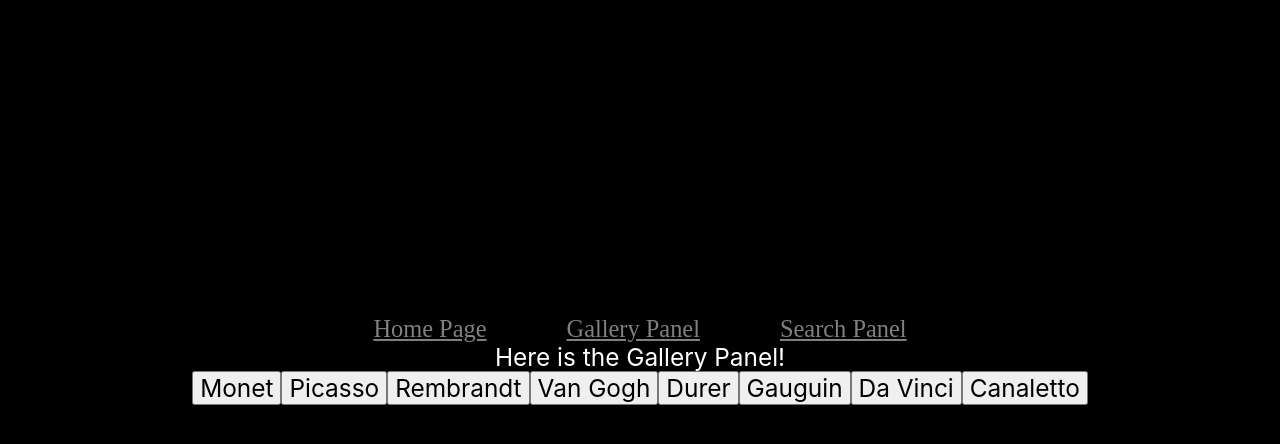
Repository: ZhengyuLi0929/ArtMuseum_ArtIC
Page: /gallery
These files come from the project's save history. The page is drawn as it stood at one moment and after the next save; the edit follows.
The browser window is 1280 px wide. The pictures show the whole page.
The page's requests for data from a server got no answer. The project was rebuilt for these pictures with package versions that can differ from the ones it lists, and the page was loaded fresh each time. No one was signed in, and anything a server would have sent is missing. Also part of the build but not shown: src/home.tsx, src/list.tsx, src/details.tsx.

Above is the page before, as saved 2023-01-11 07:54:27.

After the next save:
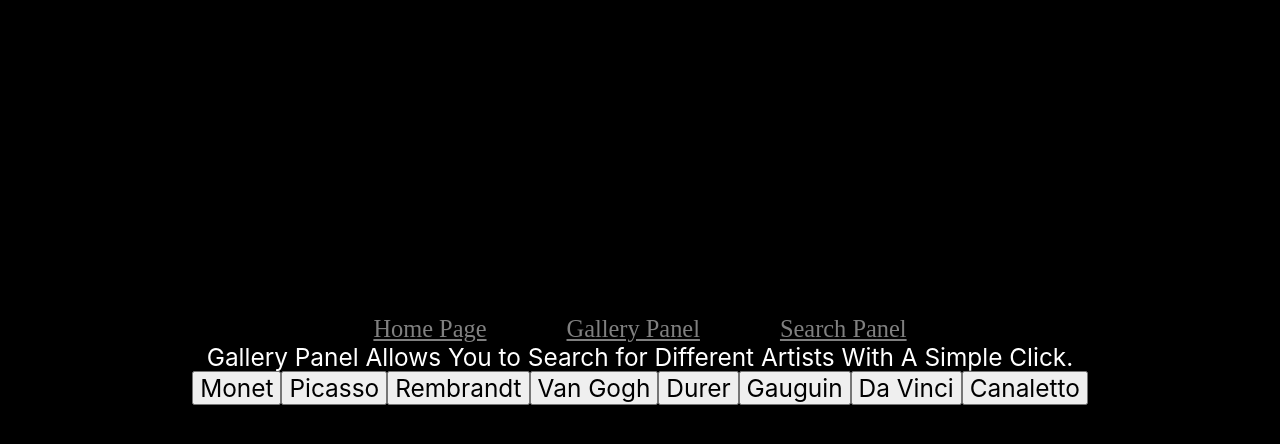
Saved 75 s later.
--- a/src/gallery.tsx
+++ b/src/gallery.tsx
@@ -48,7 +48,7 @@ export default function GalleryView(){
     return(
         <div>
             <div>
-                Here is the Gallery Panel!
+                Gallery Panel Allows You to Search for Different Artists With A Simple Click.
             </div>
             <button value = "monet" onClick = {handleArtists}>Monet</button>
             <button value = "picasso" onClick = {handleArtists}>Picasso</button>
